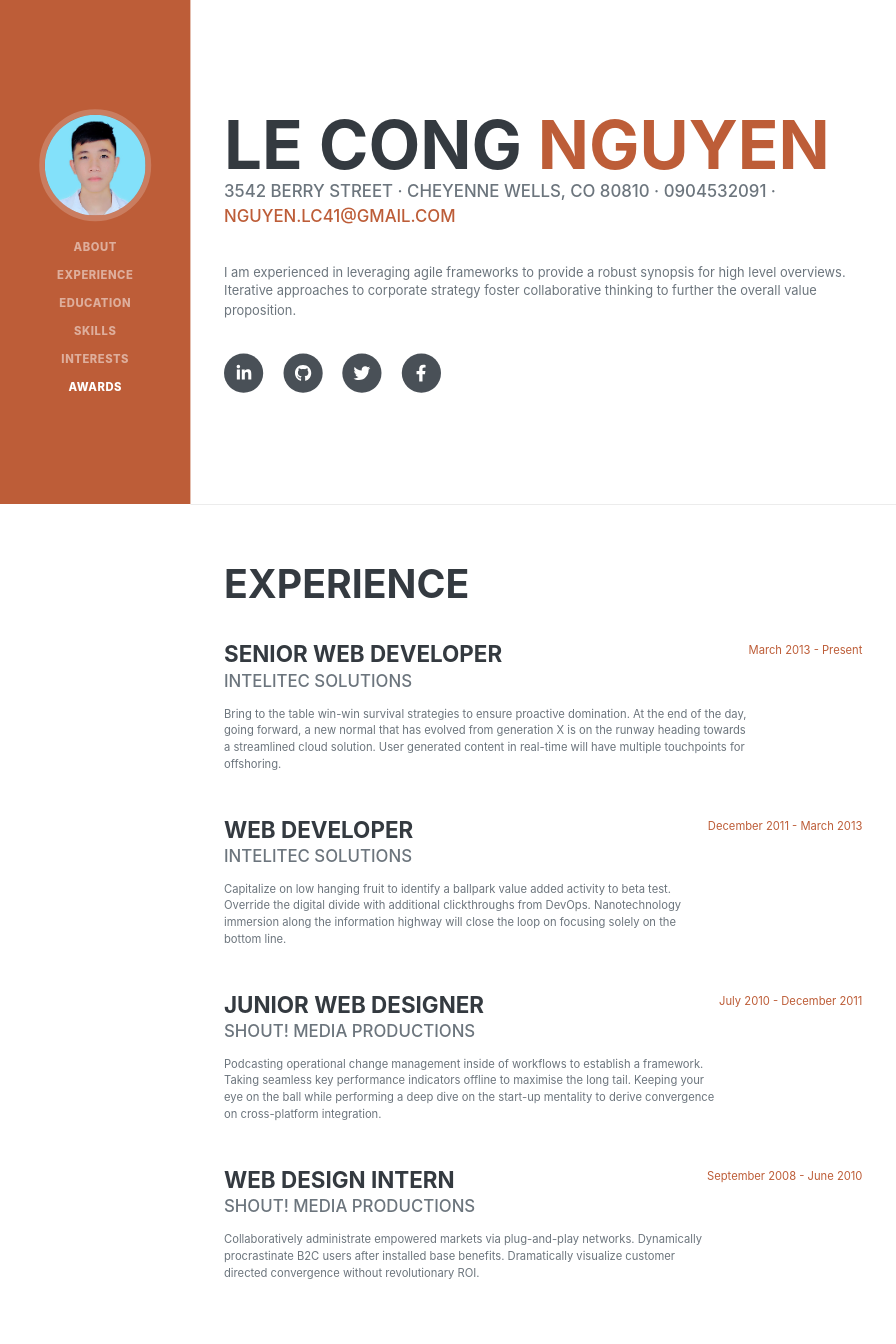
Repository: nguyenlcc/Online-CV
Page: index.html
The author's editor kept a copy of each file at every save. The page is drawn from the files as they stood at one save, then again after the next save.
The browser window is 1280 px wide. The pictures show the part of the page from y = 0 to 1920 px (the page is 4810 px tall), at 70% of full size.
Some web fonts or font styles are not loaded; a fallback is used. Some web libraries are served in a nearby version.

Above is the page before, as saved 2022-05-21 16:45:38.

After the next save:
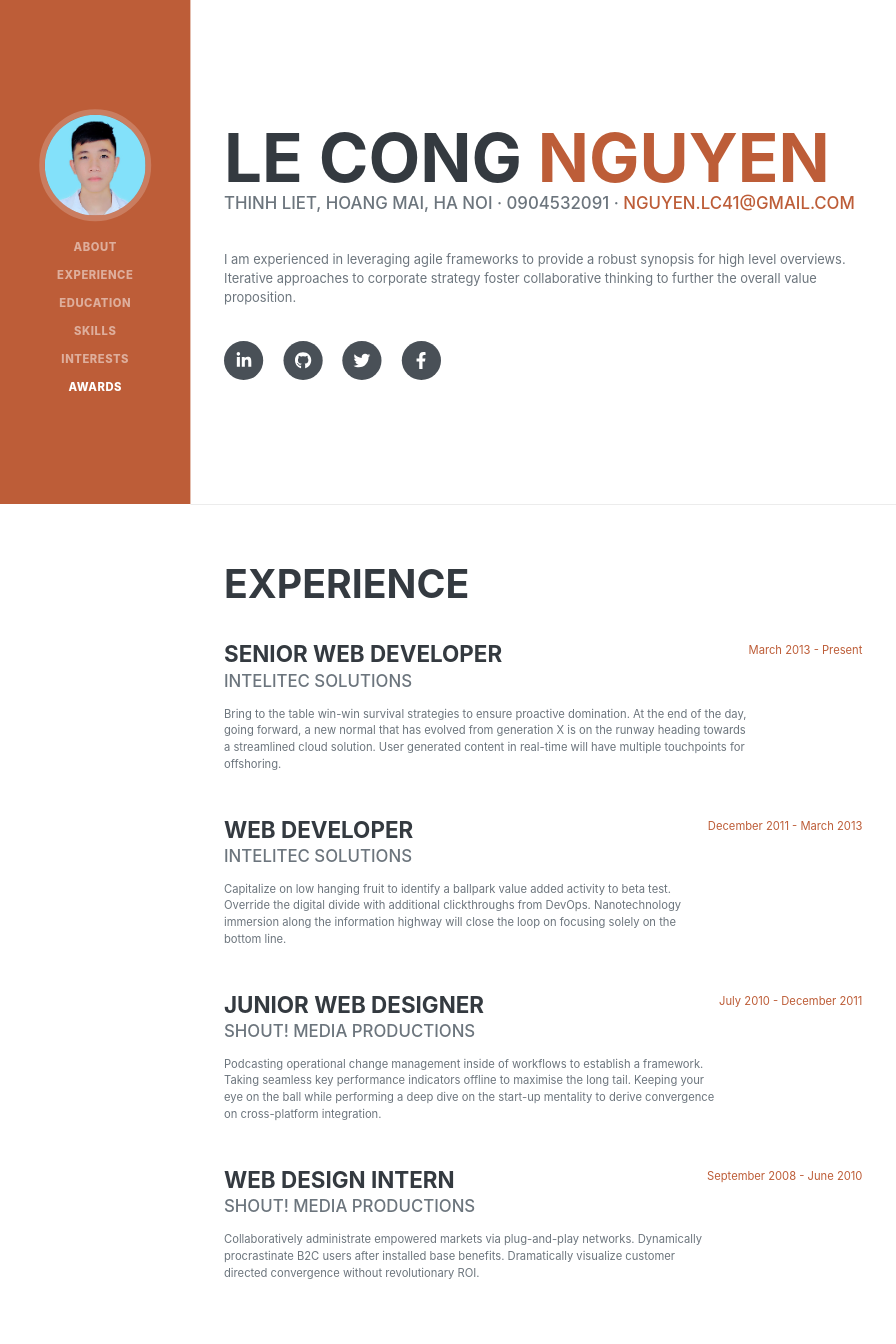
Saved 29 s later.
--- a/index.html
+++ b/index.html
@@ -94,7 +94,7 @@
             <span class="text-primary">NGUYEN</span>
           </h1>
           <div class="subheading mb-5">
-            3542 Berry Street · Cheyenne Wells, CO 80810 · 0904532091 ·
+            THINH LIET, HOANG MAI, HA NOI · 0904532091 ·
             <a href="mailto:name@email.com">nguyen.lc41@gmail.com</a>
           </div>
           <p class="lead mb-5">
